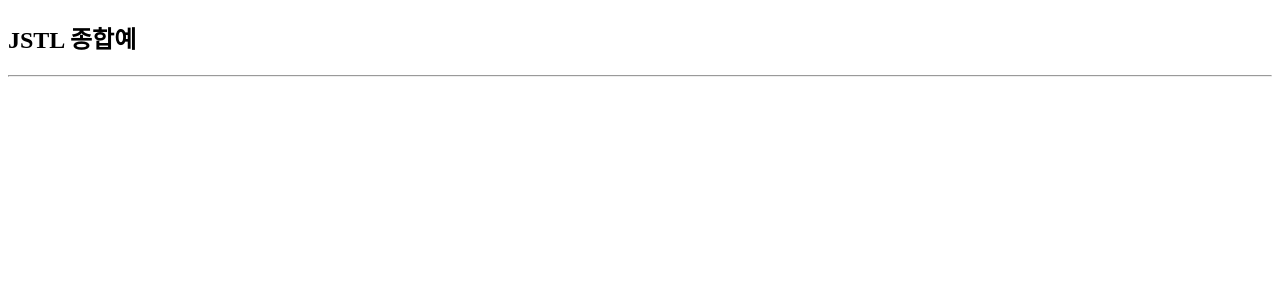
Repository: heezzanggg/JSPWebProgramming
Page: http://localhost/jwbook/ch07/jstlExam.jsp
These files come from the project's save history. The page is drawn as it stood at one moment and after the next save; the edit follows.
The browser window is 1280 px wide. The pictures show the whole page.
The page is served by Tomcat 9.

Above is the page before, as saved 2023-03-27 18:13:24.

After the next save:
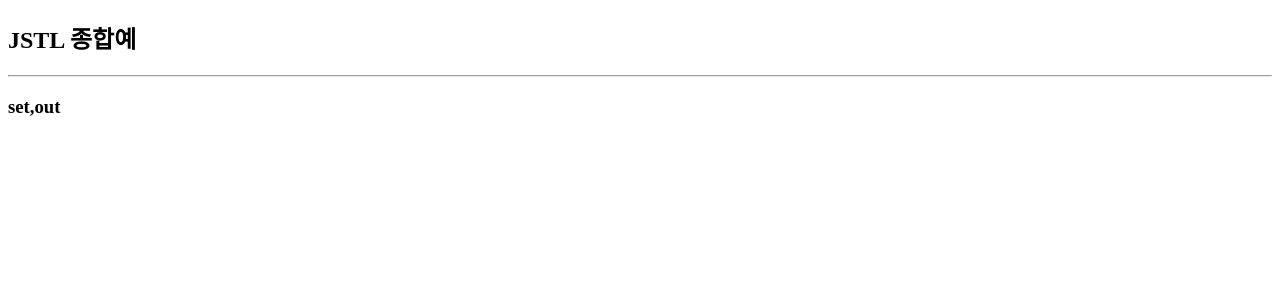
Saved 74 s later.
--- a/JSPWebProgramming/jwbook/src/main/webapp/ch07/jstlExam.jsp
+++ b/JSPWebProgramming/jwbook/src/main/webapp/ch07/jstlExam.jsp
@@ -10,5 +10,9 @@
 <body>
 	<h2>JSTL 종합예</h2>
 	<hr>
+
+	<!-- set,out -->
+	<h3>set,out</h3>
+	<c:set var="product1" value="<b>애플 아이폰</b>" />
 </body>
 </html>
